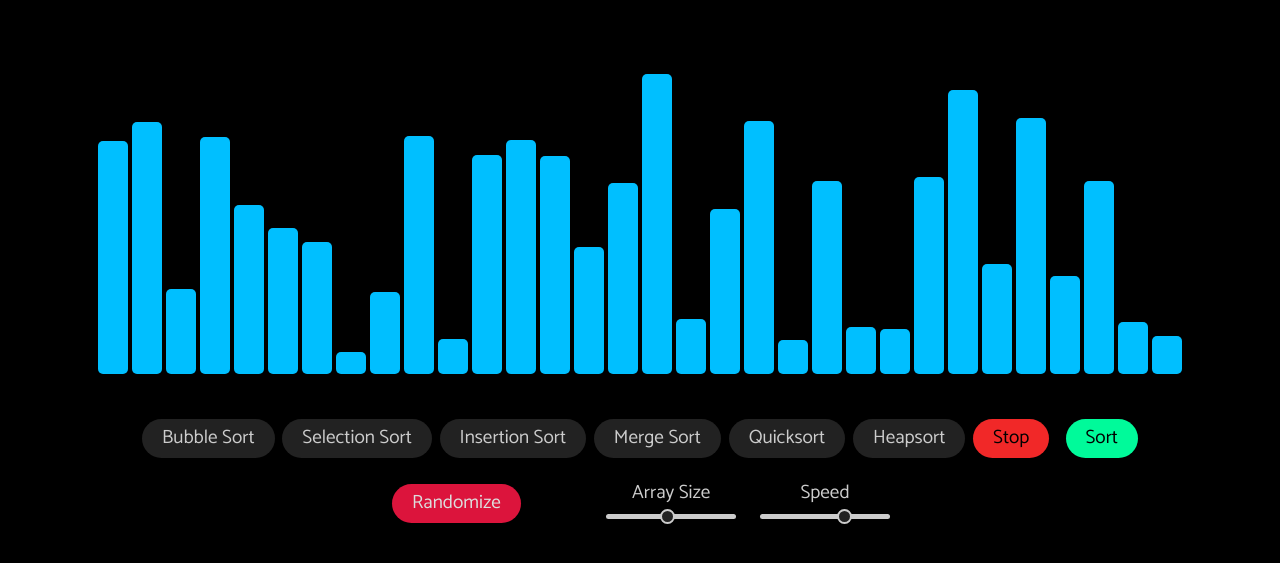
Repository: sneha1010/Sorting-visualizer
Page: index.html
An editor plug-in stored every save of this project. The page is shown before and after the next save, followed by the edit.
The browser window is 1280 px wide. The pictures show the whole page.

Above is the page before, as saved 2022-06-13 18:35:29.

### index.html
<!DOCTYPE html>
<html lang="en">
<head>
    <meta charset="utf-8">
    <meta name="viewport" content="width=device-width, initial-scale=1, shrink-to-fit=no">

    <link rel="stylesheet" href="https://stackpath.bootstrapcdn.com/bootstrap/4.5.2/css/bootstrap.min.css" integrity="sha384-JcKb8q3iqJ61gNV9KGb8thSsNjpSL0n8PARn9HuZOnIxN0hoP+VmmDGMN5t9UJ0Z" crossorigin="anonymous">
    <link href="https://fonts.googleapis.com/css2?family=Catamaran:wght@100;200;300;400;500;600;700;800;900&display=swap" rel="stylesheet">
    <link rel="stylesheet" href="assets/style.css">
    <link rel="shortcut icon" href="assets/favicon.ico" type="image/x-icon">

    <title>Sorting Visualizer</title>
</head>
<body>
    <div class="container">
        <div id="array-container">
            <div id="array"></div>
            <h5 id="no-algo-warning" class="display-none">No Algorithm Selected!</h5>
        </div>
        <div id="algo-container">
            <button class="algo-btn">Bubble Sort</button>
            <button class="algo-btn">Selection Sort</button>
            <button class="algo-btn">Insertion Sort</button>
            <button class="algo-btn">Merge Sort</button>
            <button class="algo-btn">Quicksort</button>
            <button class="algo-btn">Heapsort</button>
            <button id="sort">Sort</button>
            <button id="stop">Stop</button>
        </div>
        <div id="change-container">
            <button id="randomize">Randomize</button>
            <div id="sliders">
                <div class="slider-container">
                    <label>Array Size</label>
                    <input type="range" id="size-slider" class="slider" autocomplete="off">
                </div>
                <div class="slider-container">
                    <label>Speed</label>
                    <input type="range" id="speed-slider" class="slider" autocomplete="off">
                </div>
            </div>
        </div>
    </div>

    <script src="https://code.jquery.com/jquery-3.4.1.slim.min.js" integrity="sha384-J6qa4849blE2+poT4WnyKhv5vZF5SrPo0iEjwBvKU7imGFAV0wwj1yYfoRSJoZ+n" crossorigin="anonymous"></script>
    <script src="assets/script.js"></script>
    <script src="assets/bubble-sort.js"></script>
    <script src="assets/selection-sort.js"></script>
    <script src="assets/insertion-sort.js"></script>
    <script src="assets/merge-sort.js"></script>
    <script src="assets/quicksort.js"></script>
    <script src="assets/heapsort.js"></script>
</body>
</html>

<!--
    1. pause button
    2. reset button
    3. upper limit-lower limit
    4. ui

 -->

### assets/style.css
*:focus, button:focus {
    outline: none;
}

body {
    background-color: black;
    font-family: "Catamaran", sans-serif;
    color: #ccc;
}

.display-none {
    display: none;
}

.display-flex {
    display: flex;
}

#array-container {
    height: 350px;
    margin-top: 3em;
    display: flex;
    flex-direction: column-reverse;
    position: relative;
}

#array {
    margin: 1em auto;
}

.element {
    display: inline-block;
    border-radius: 5px;
}

#no-algo-warning {
    position: absolute;
    justify-content: center;
    align-items: center;
    top: 0;
    bottom: 0;
    left: 0;
    right: 0;
    margin: auto;
    width: 250px;
    height: 50px;
    text-align: center;
    background-color: rgba(0, 0, 0, 0.8);
    border: 1px solid #ccc;
    border-radius: 5px;
}

#algo-container {
    max-width: 1000px;
    margin: 1em auto;
}

.algo-btn, #sort, #stop,#randomize {
    background-color: #222;
    margin: 5px 2px;
    padding: 5px 20px;
    color: #ccc;
    font-size: 1.2em;
    border: none;
    border-radius: 50px;
}

.algo-btn:hover, .algo-btn-active {
    background-color: #ccc;
    color: #222;
}

#sort {
    float: right;
    background-color: mediumspringgreen;
    color: black;
}

#sort:hover, #randomize:hover {
    opacity: 0.8;
}

#sort:disabled, #randomize:disabled {
    opacity: 0.5;
    cursor: not-allowed;
}
#stop {
    /* float: right; */
    background-color: rgb(241, 40, 40);
    color: black;
}
#stop:hover, #randomize:hover {
    opacity: 0.8;
}

#stop:disabled, #randomize:disabled {
    opacity: 0.5;
    cursor: not-allowed;
}
#change-container {
    max-width: 500px;
    margin: 1em auto;
}

#randomize, .slider-container {
    vertical-align: middle;
}

#randomize {
    background-color: crimson;
    color: #ddd;
}

#sliders {
    float: right;
}

.slider-container {
    display: inline-block;
    margin-left: 20px;
}

.slider-container label {
    display: block;
    margin: 0;
    text-align: center;
    font-size: 1.2em;
}

.slider {
    -webkit-appearance: none;
    width: 130px;
    height: 15px;
    background-color: transparent;
}

.slider::-webkit-slider-runnable-track {
    -webkit-appearance: none;
    height: 5px;
    background-color: #ccc;
    border-radius: 5px;
    cursor: pointer;
}

.slider::-moz-range-track {
    height: 5px;
    background-color: #ccc;
    border-radius: 5px;
    cursor: pointer;
}

.slider::-moz-range-progress {
    height: 5px;
    background-color: #777;
    border-radius: 5px;
    cursor: pointer;
}

.slider::-webkit-slider-thumb {
    -webkit-appearance: none;
    background-color: #222;
    border: 2px solid #ccc;
    width: 15px;
    height: 15px;
    border-radius: 15px;
    margin-top: -5px;
}

.slider::-moz-range-thumb {
    background-color: #222;
    border: 2px solid #ccc;
    width: 13px;
    height: 13px;
    border-radius: 13px;
    cursor: pointer;
}

.slider:disabled {
    opacity: 0.5;
}

.slider:disabled::-webkit-slider-runnable-track {
    cursor: not-allowed;
}

.slider:disabled::-moz-range-track {
    cursor: not-allowed;
}

.slider:disabled::-moz-range-progress {
    cursor: not-allowed;
}

.slider:disabled::-moz-range-thumb {
    cursor: not-allowed;
}

### assets/script.js
const MIN_SIZE = 4;
const MAX_SIZE = 64;
const DEFAULT_SIZE = 32;

const MIN_SPEED = 1;
const MAX_SPEED = 4;
const DEFAULT_SPEED = 3;

const MIN = 20;
const MAX = 300;

const WAITING_TIME = 100;

const UNSORTED = 'deepskyblue';
const SORTED = 'mediumspringgreen';
const COMPARE = 'crimson';
const SELECTED = 'blueviolet';
const LEFT = 'gold';
const RIGHT = 'orangered';

var size;
var delay;

var arr = [];

var array_container_width;
var element_width;
var element_width_max;
var margin_element;

var algo_selected;
var run=true;
function updateValues() {
    array_container_width = Math.floor( $("#array-container").width() );
    element_width_max = Math.floor(array_container_width / 20);

    margin_element = 2;
    if( parseInt( $(window).width() ) < 1200 )
        margin_element = 1;
}

function findElementWidth() {
    element_width = Math.floor(array_container_width / size);
    element_width -= 2 * margin_element;

    if(element_width > element_width_max)
        element_width = element_width_max;
}

function createArray() {
    arr = [];
    $("#array").html('');

    for(var i = 0; i < size; i++) {
        var n = Math.floor( Math.random() * (MAX - MIN + 1) ) + MIN;
        arr.push(n);

        var $element = $('<div>');
        $element.attr('id', "e" + i);
        $element.attr('class', "element");
        $element.css('background-color', UNSORTED);
        $element.css('width', element_width.toString() + 'px');
        $element.css('height', n.toString() + 'px');
        $element.css('margin-left', margin_element + 'px');
        $element.css('margin-right', margin_element + 'px');
        $element.appendTo("#array");
    }
}

function setHeight(id, height) {
    $("#e" + id).css('height', height);
}

function setColor(id, color) {
    $("#e" + id).css('background-color', color);
}

function setColorRange(p, r, color) {
    for(var i = p; i <= r; i++)
        $("#e" + i).css('background-color', color);
}
function pauseHandler()
{
    const pause = document.getElementById("sort");
    run = run === true ? false : true;
    pause.textContent = run === true ? "Pause" : "Play";
}
async function pauseButton() {
    while (run == false) await sleep(1);
    return;
  }
function swap(a, b) {
    var temp = arr[a];
    arr[a] = arr[b];
    arr[b] = temp;

    var h1 = $("#e" + a).css('height');
    var h2 = $("#e" + b).css('height');

    setHeight(a, h2);
    setHeight(b, h1);
}

function disableOthers() {
    // $("#sort").prop('disabled', true);
    $("#randomize").prop('disabled', true);
    $("#size-slider").prop('disabled', true);
}

function enableOthers() {
    $("#sort").prop('disabled', false);
    $("#randomize").prop('disabled', false);
    $("#size-slider").prop('disabled', false);
}

function sleep(ms) {
    return new Promise(resolve => setTimeout(resolve, ms));
}

$(document).ready(function() {
    $("#size-slider").attr('min', MIN_SIZE);
    $("#size-slider").attr('max', MAX_SIZE);
    $("#size-slider").attr('value', DEFAULT_SIZE);

    $("#speed-slider").attr('min', MIN_SPEED);
    $("#speed-slider").attr('max', MAX_SPEED);
    $("#speed-slider").attr('value', DEFAULT_SPEED);

    size = DEFAULT_SIZE;
    delay = WAITING_TIME * Math.pow(2, MAX_SPEED - DEFAULT_SPEED);

    updateValues();

    findElementWidth();
    createArray();

    $("#randomize").click(
        function() {
            createArray();
        }
    );

    $(".algo-btn").click(
        function() {
            algo_selected = $(this).html();

            $(".algo-btn-active").removeClass('algo-btn-active');
            $(this).addClass('algo-btn-active');

            $("#no-algo-warning").removeClass('display-flex');
            $("#no-algo-warning").addClass('display-none');
        }
    );

    $("#sort").click(
        async function() {
            disableOthers();

            setColorRange(0, size - 1, UNSORTED);

            if(algo_selected == "Bubble Sort"&&run)
                await bubbleSort();
            else if(algo_selected == "Selection Sort")
                await selectionSort();
            else if(algo_selected == "Insertion Sort")
                await insertionSort();
            else  if(algo_selected == "Merge Sort")
                await mergeSort(0, size - 1);
            else if(algo_selected == "Quicksort")
                await quicksort(0, size - 1);
            else if(algo_selected == "Heapsort")
                await heapsort();
            else {
                $("#no-algo-warning").removeClass('display-none');
                $("#no-algo-warning").addClass('display-flex');
            }

            enableOthers();
        }
    );

    $("#sort").click(
       function() {
        pauseHandler();
        }
    );

    const pause = document.getElementById("stop");



// pause.addEventListener("click", () => {
//   run = run === true ? false : true;
//   pause.textContent = run === true ? "Pause" : "Play";
// });
    $("#size-slider").on('input', function() {
        size = $(this).val();

        findElementWidth();
        createArray();
    });

    $("#speed-slider").on('input', function() {
        delay = WAITING_TIME * Math.pow(2, MAX_SPEED - $(this).val());
    });

    $(window).resize(function() {
        if(array_container_width != Math.floor( $("#array-container").width() )) {
            updateValues();

            findElementWidth();

            for(var i = 0; i < size; i++) {
                $("#e" + i).css('width', element_width.toString() + 'px');
                $("#e" + i).css('margin-left', margin_element + 'px');
                $("#e" + i).css('margin-right', margin_element + 'px');
            }
        }
    });
});

### assets/bubble-sort.js
async function bubbleSort() {
    var i, j;
    await sleep(delay);

    for(i = 0; i < size - 1; i++) {
        for(j = 0; j < size - i - 1; j++) {
            await sleep(delay);

            setColor(j, COMPARE);
            setColor(j + 1, COMPARE);
            await sleep(delay);

            if(arr[j] > arr[j + 1]) {
                swap(j, j + 1);
                await sleep(delay);
            }
            while(run==false)
            await sleep(1);
            setColor(j, UNSORTED);
            setColor(j + 1, UNSORTED);
        }

        await sleep(delay);

        setColor(j, SORTED);
    }

    setColor(0, SORTED);
}

### assets/insertion-sort.js
async function insertionSort() {
    var i, j, key;
    await sleep(delay);

    setColor(0, SELECTED);
    await sleep(delay);

    setColor(0, SORTED);

    for(i = 1; i < size; i++) {
        await sleep(delay);
        if(run==false)
        await pauseButton();
        setColor(i, SELECTED);
        await sleep(delay);

        j = i - 1;
        key = arr[i];

        while(j >= 0 && arr[j] > key) {
            if(run==false)
            await pauseButton();
            setColor(j, COMPARE);
            await sleep(delay);
            if(run==false)
            await pauseButton();
            swap(j, j + 1);
            if(run==false)
            await pauseButton();
            setColor(j, SELECTED);
            setColor(j + 1, COMPARE);
            await sleep(delay);
            if(run==false)
            await pauseButton();
            setColor(j + 1, SORTED);
            await sleep(delay);

            j--;
        }

        setColor(j + 1, SORTED);
    }
}

Loaded but not shown: assets/heapsort.js (no copy from this time; the picture is the same without it); assets/merge-sort.js (no copy from this time; the picture is the same without it); assets/quicksort.js (no copy from this time; the picture is the same without it); assets/selection-sort.js (no copy from this time; the picture is the same without it)

After the next save:
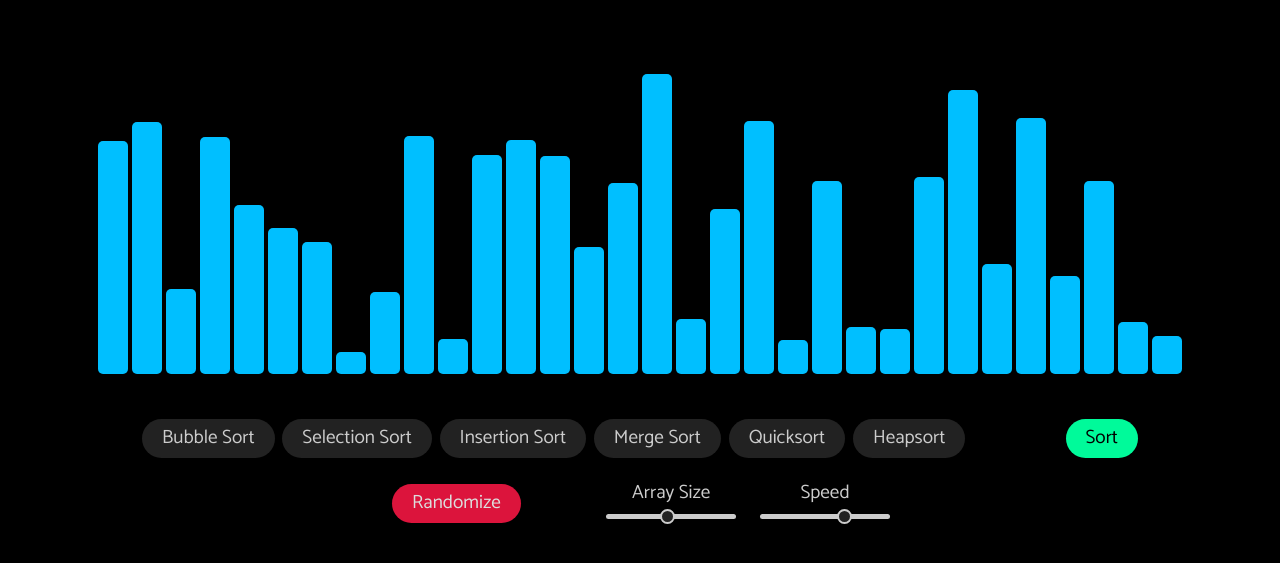
Saved 26 s later.
--- a/index.html
+++ b/index.html
@@ -25,7 +25,7 @@
             <button class="algo-btn">Quicksort</button>
             <button class="algo-btn">Heapsort</button>
             <button id="sort">Sort</button>
-            <button id="stop">Stop</button>
+            <!-- <button id="stop">Stop</button> -->
         </div>
         <div id="change-container">
             <button id="randomize">Randomize</button>
